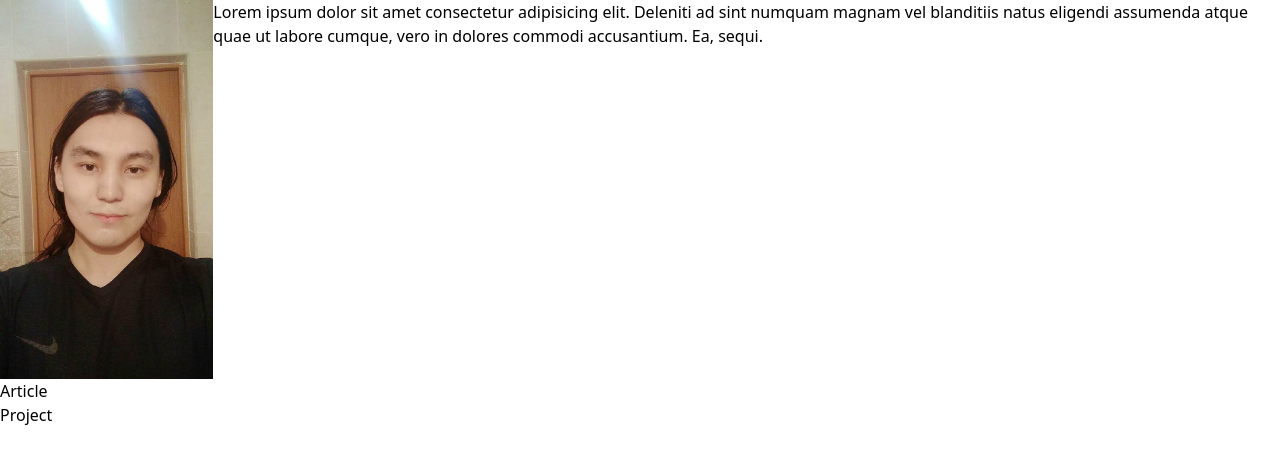
Repository: SkuldFuture/my-app
Page: /
These files come from the project's save history. The page is drawn as it stood at one moment and after the next save; the edit follows.
The browser window is 1280 px wide. The pictures show the whole page.
The project was rebuilt for these pictures with package versions that can differ from the ones it lists, and the page was loaded fresh each time. Also part of the build but not shown: src/App.css.

Above is the page before, as saved 2023-02-13 18:47:56.

After the next save:
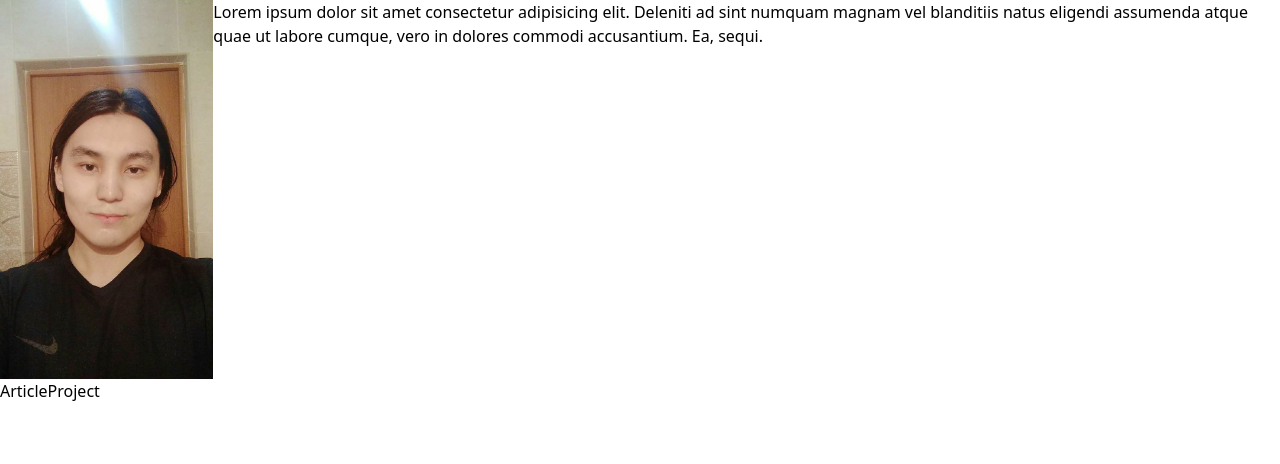
Saved 28 s later.
--- a/src/pages/Home.tsx
+++ b/src/pages/Home.tsx
@@ -6,7 +6,7 @@ export function Home() {
   return (
     <>
       <Header />
-      <div>
+      <div className="flex flex-row">
         <Articles />
         <Projects />
       </div>
